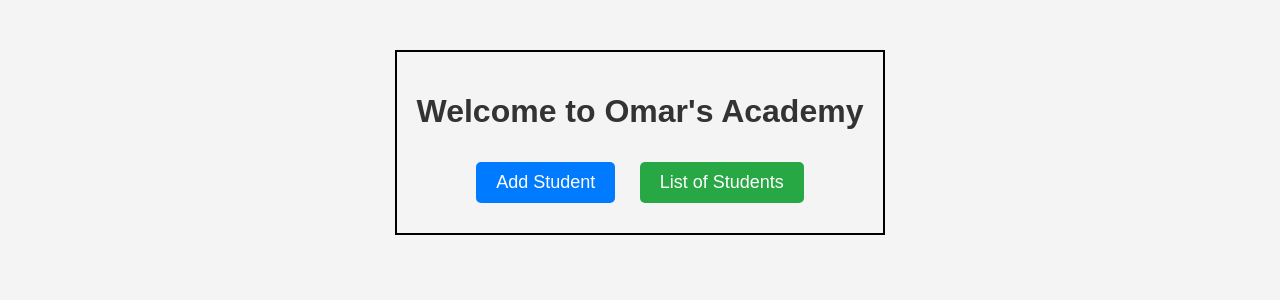
Repository: OmarFaruq97/JspServlet
Page: http://localhost/Form/
The author's editor kept a copy of each file at every save. The page is drawn from the files as they stood at one save, then again after the next save.
The browser window is 1280 px wide. The pictures show the whole page.
The page is served by Tomcat 9. Other server files are loaded and not shown.

Above is the page before, as saved 2025-02-07 10:05:24.

### Form/src/main/webapp/index.jsp
<%@ page language="java" contentType="text/html; charset=UTF-8"  pageEncoding="UTF-8"%>
<!DOCTYPE html>
<html lang="en">
<head>
<meta charset="UTF-8">
<title>Home Page</title>
    <style >
    	body {
    font-family: Arial, sans-serif;
    text-align: center;
    background-color: #f4f4f4;
    margin: 0;
    padding: 0;
}

.container {
    margin-top: 50px;
    border: 2px solid black;
    padding: 20px;
    display: inline-block;
     transition: all 0.3s ease;
}
.container:hover {
    background-color: #f0f0f0; /* Change the background color on hover */
    border-color: #007BFF; /* Change the border color on hover */
}


h1 {
    color: #333;
}

.buttons {
    margin-top: 20px;
}

.buttons a {
    display: inline-block;
    padding: 10px 20px;
    text-decoration: none;
    font-size: 18px;
    border-radius: 5px;
    margin: 10px;
    color: white;
}

.blue-btn {
    background-color: #007BFF;
}

.green-btn {
    background-color: #28A745;
}

.yellow-btn {
    background-color: #FFC107;
}

    </style>
</head>
<body>
    <div class="container">
        <h1>Welcome to Omar's  Academy</h1>
        <div class="buttons">
            <a class="blue-btn" href="pages/add-student.jsp">Add Student</a>
            <a class="green-btn" href="pages/list-students.jsp">List of Students</a>
            <!-- <a class="yellow-btn" href="pages/update-student.jsp">Update Student</a> -->
        </div>
    </div>
</body>
</html>

After the next save:
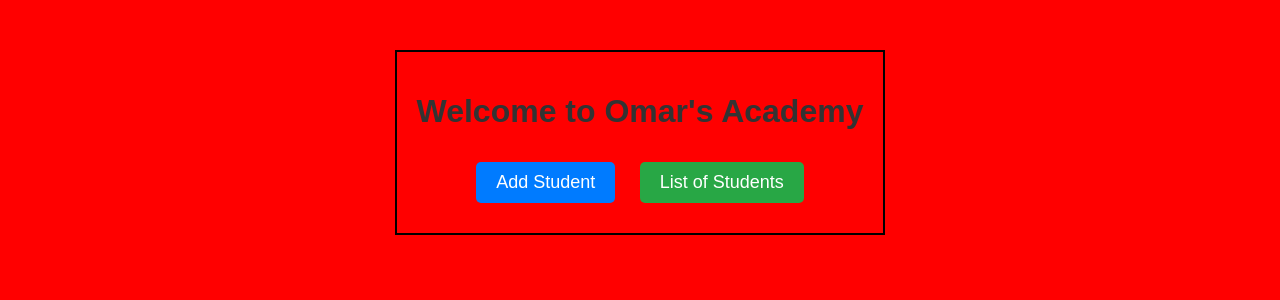
Saved 86 s later.
--- a/Form/src/main/webapp/index.jsp
+++ b/Form/src/main/webapp/index.jsp
@@ -8,7 +8,7 @@
     	body {
     font-family: Arial, sans-serif;
     text-align: center;
-    background-color: #f4f4f4;
+    background-color: red;
     margin: 0;
     padding: 0;
 }

After the save that followed:
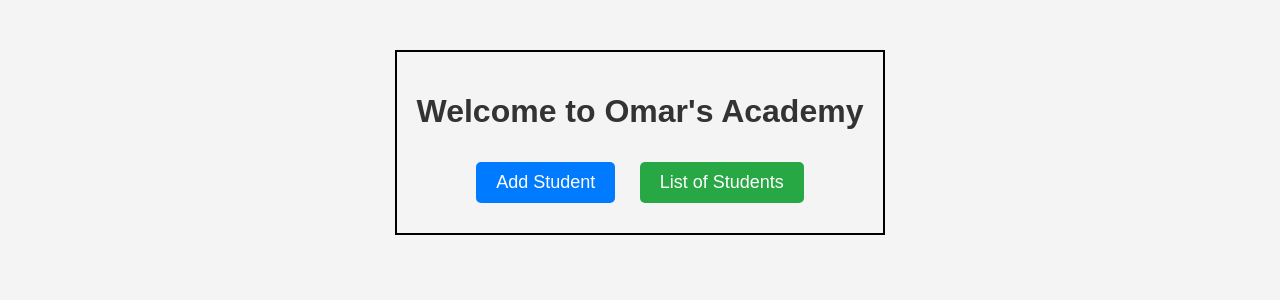
Saved 116 s later.
--- a/Form/src/main/webapp/index.jsp
+++ b/Form/src/main/webapp/index.jsp
@@ -8,7 +8,7 @@
     	body {
     font-family: Arial, sans-serif;
     text-align: center;
-    background-color: red;
+    background-color: #f4f4f4;
     margin: 0;
     padding: 0;
 }
